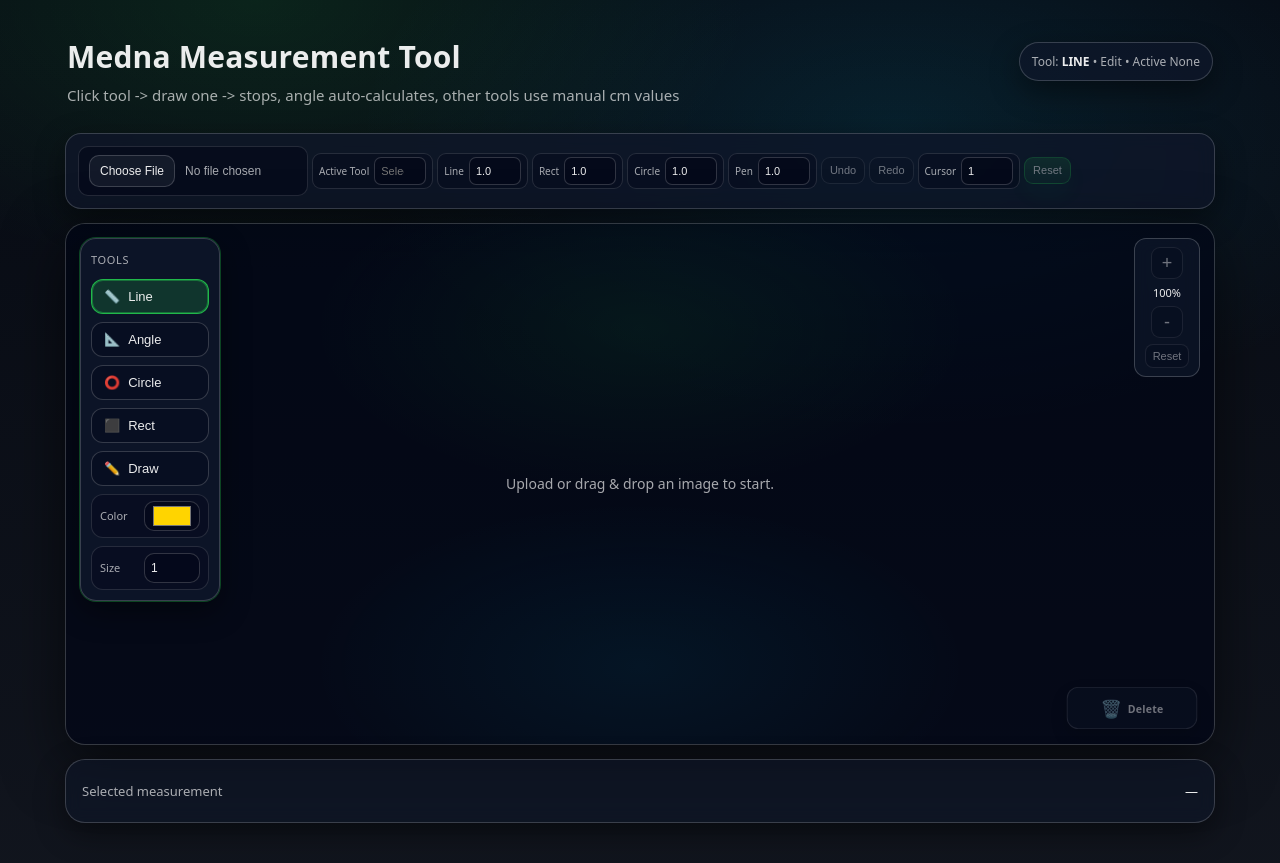
Repository: Sumaiya43/medna-tools
Page: /
The author's editor kept a copy of each file at every save. The page is drawn from the files as they stood at one save, then again after the next save.
The browser window is 1280 px wide. The pictures show the whole page.
The project was rebuilt for these pictures with package versions that can differ from the ones it lists, and the page was loaded fresh each time. The framework's server and built-in components were replaced by stand-ins that run in the browser. Also part of the build but not shown: next.config.mjs.

Above is the page before, as saved 2026-02-27 01:10:08.

### src/app/layout.js
import { Geist, Geist_Mono } from "next/font/google";
import "./globals.css";

const geistSans = Geist({
  variable: "--font-geist-sans",
  subsets: ["latin"],
});

const geistMono = Geist_Mono({
  variable: "--font-geist-mono",
  subsets: ["latin"],
});

export const metadata = {
  title: "Medna Medical Equipment",
  description:
    "Medna Medical Equipment is a leading provider of high-quality medical equipment and supplies. We offer a wide range of products to meet the needs of healthcare professionals and institutions. Our commitment to excellence and customer satisfaction sets us apart in the industry.",
};

export default function RootLayout({ children }) {
  return (
    <html lang="en">
      <body className={`${geistSans.variable} ${geistMono.variable}`}>
        {children}
      </body>
    </html>
  );
}

### src/app/globals.css
:root {
  --background: #ffffff;
  --foreground: #171717;
}

@media (prefers-color-scheme: dark) {
  :root {
    --background: #f2efef;
    --foreground: #090808;
  }
}

html,
body {
  max-width: 100vw;
  overflow-x: hidden;
}

body {
  color: var(--foreground);
  background: var(--background);
  font-family: Arial, Helvetica, sans-serif;
  -webkit-font-smoothing: antialiased;
  -moz-osx-font-smoothing: grayscale;
}

* {
  box-sizing: border-box;
  padding: 0;
  margin: 0;
}

a {
  color: inherit;
  text-decoration: none;
}

@media (prefers-color-scheme: dark) {
  html {
    color-scheme: dark;
  }
}

### src/components/measurement-tool/CanvasWorkspace/CanvasWorkspace.jsx
import ToolSidebar from "../ToolSidebar/ToolSidebar";
import styles from "./CanvasWorkspace.module.css";

export default function CanvasWorkspace({
  imgObj,
  railPinned,
  setRailExpanded,
  isDraggingFile,
  onDropFile,
  onDragOverFile,
  onDragEnterFile,
  onDragLeaveFile,
  toolSidebarProps,
  canvasRef,
  canvasCursor,
  onCanvasWheel,
  onCanvasClick,
  onCanvasMouseDown,
  onCanvasMouseMove,
  onCanvasMouseUp,
  onCanvasMouseLeave,
  zoom,
  onZoomIn,
  onZoomOut,
  onZoomReset,
  trashBinRef,
  isDraggingExistingShape,
  deleteHot,
}) {
  return (
    <div
      className={styles.canvasShell}
      onDrop={onDropFile}
      onDragOver={onDragOverFile}
      onDragEnter={onDragEnterFile}
      onDragLeave={onDragLeaveFile}
      onMouseLeave={() => {
        if (!railPinned) setRailExpanded(false);
      }}
    >
      <ToolSidebar {...toolSidebarProps} imgObj={imgObj} />

      <canvas
        ref={canvasRef}
        className={styles.canvas}
        style={{ cursor: canvasCursor }}
        onWheel={onCanvasWheel}
        onClick={onCanvasClick}
        onMouseDown={onCanvasMouseDown}
        onMouseMove={onCanvasMouseMove}
        onMouseUp={onCanvasMouseUp}
        onMouseLeave={onCanvasMouseLeave}
      />

      <div className={styles.zoomColumn}>
        <button className={styles.zoomBtn} onClick={onZoomIn} disabled={!imgObj}>
          +
        </button>
        <div className={styles.zoomValue}>{Math.round(zoom * 100)}%</div>
        <button className={styles.zoomBtn} onClick={onZoomOut} disabled={!imgObj}>
          -
        </button>
        <button
          className={styles.zoomResetBtn}
          onClick={onZoomReset}
          disabled={!imgObj}
        >
          Reset
        </button>
      </div>

      <div
        ref={trashBinRef}
        className={`${styles.trashBin} ${isDraggingExistingShape ? styles.trashBinActive : ""} ${deleteHot ? styles.trashBinHot : ""}`}
      >
        <span className={styles.trashIcon}>🗑️</span>
        <span className={styles.trashText}>
          {isDraggingExistingShape ? "Drop to Delete" : "Delete"}
        </span>
      </div>

      {isDraggingFile && <div className={styles.dropHint}>Drop image to load</div>}
      {!imgObj && (
        <div className={styles.empty}>Upload or drag & drop an image to start.</div>
      )}
    </div>
  );
}

### src/components/measurement-tool/MeasurementControlsBar/MeasurementControlsBar.jsx
import styles from "./MeasurementControlsBar.module.css";

export default function MeasurementControlsBar({
  imgObj,
  activeTypeName,
  activeItem,
  activeMeasurementValue,
  angleValue,
  manualCmByTool,
  canUndo,
  canRedo,
  cursorMarkerSize,
  onFileSelect,
  onUpdateActiveMeasurement,
  onManualToolValueChange,
  onUndo,
  onRedo,
  onCursorSizeChange,
  onReset,
}) {
  return (
    <div className={styles.measureBar}>
      <input
        className={styles.upload}
        type="file"
        accept="image/*"
        onChange={(e) => onFileSelect(e.target.files?.[0])}
      />

      <label className={styles.label}>
        Active {activeTypeName || "Tool"}
        {activeItem?.type === "angle" ? (
          <span className={styles.value}>{angleValue}</span>
        ) : (
          <input
            className={styles.smallInput}
            type="number"
            step="0.1"
            value={activeItem ? activeMeasurementValue : ""}
            placeholder="Select shape"
            onChange={(e) => onUpdateActiveMeasurement(e.target.value)}
            disabled={!imgObj || !activeItem}
          />
        )}
      </label>

      <label className={styles.label}>
        Line
        <input
          className={styles.smallInput}
          type="number"
          step="0.1"
          value={manualCmByTool.line}
          onChange={(e) => onManualToolValueChange("line", e.target.value)}
        />
      </label>

      <label className={styles.label}>
        Rect
        <input
          className={styles.smallInput}
          type="number"
          step="0.1"
          value={manualCmByTool.rect}
          onChange={(e) => onManualToolValueChange("rect", e.target.value)}
        />
      </label>

      <label className={styles.label}>
        Circle
        <input
          className={styles.smallInput}
          type="number"
          step="0.1"
          value={manualCmByTool.circle}
          onChange={(e) => onManualToolValueChange("circle", e.target.value)}
        />
      </label>

      <label className={styles.label}>
        Pen
        <input
          className={styles.smallInput}
          type="number"
          step="0.1"
          value={manualCmByTool.pen}
          onChange={(e) => onManualToolValueChange("pen", e.target.value)}
        />
      </label>

      <button className={styles.btnGhost} onClick={onUndo} disabled={!canUndo}>
        Undo
      </button>
      <button className={styles.btnGhost} onClick={onRedo} disabled={!canRedo}>
        Redo
      </button>

      <label className={styles.label}>
        Cursor
        <input
          className={styles.smallInput}
          type="number"
          min="1"
          max="8"
          step="1"
          value={cursorMarkerSize}
          onChange={(e) => onCursorSizeChange(Number(e.target.value))}
        />
      </label>

      <button className={styles.btnPrimary} onClick={onReset} disabled={!imgObj}>
        Reset
      </button>
    </div>
  );
}

### src/components/measurement-tool/MeasurementHeader/MeasurementHeader.jsx
import styles from "./MeasurementHeader.module.css";

export default function MeasurementHeader({ tool, armed, activeTypeName }) {
  return (
    <div className={styles.header}>
      <div>
        <h1 className={styles.title}>Medna Measurement Tool</h1>
        <p className={styles.subtitle}>
          Click tool -&gt; draw one -&gt; stops, angle auto-calculates, other
          tools use manual cm values
        </p>
      </div>

      <div className={styles.badge}>
        Tool: <b>{tool}</b> {armed ? "• Ready" : "• Edit"} • Active{" "}
        {activeTypeName || "None"}
      </div>
    </div>
  );
}

### src/components/measurement-tool/MeasurementSummary/MeasurementSummary.jsx
import styles from "./MeasurementSummary.module.css";

export default function MeasurementSummary({ selectedSummary }) {
  return (
    <div className={styles.panel}>
      <div className={styles.panelRow}>
        <span className={styles.key}>Selected measurement</span>
        <span className={styles.value}>{selectedSummary}</span>
      </div>
    </div>
  );
}

### src/components/measurement-tool/ToolSidebar/ToolSidebar.jsx
import styles from "./ToolSidebar.module.css";

export default function ToolSidebar({
  imgObj,
  railHidden,
  railExpanded,
  railPinned,
  tool,
  toolLabels,
  onToggleExpanded,
  onTogglePinned,
  onHide,
  onShow,
  onToolSelect,
  strokeColor,
  lineWidth,
  onStrokeColorChange,
  onLineWidthChange,
}) {
  if (railHidden) {
    return (
      <button className={styles.railShowBtn} onClick={onShow} title="Show tools">
        Tools
      </button>
    );
  }

  return (
    <aside
      className={`${styles.toolRailOverlay} ${railExpanded ? styles.toolRailExpanded : styles.toolRailCollapsed} ${railPinned ? styles.toolRailPinned : ""}`}
    >
      <div className={styles.railHeader}>
        <span className={styles.railTitle}>Tools</span>
        <div className={styles.railActions}>
          <button
            className={`${styles.railBtn} ${styles.railExpandBtn} ${railExpanded ? styles.railExpandOpen : ""}`}
            onClick={onToggleExpanded}
            title={railExpanded ? "Collapse" : "Expand"}
          >
            ➤
          </button>
          <button
            className={`${styles.railBtn} ${railPinned ? styles.railBtnActive : ""}`}
            onClick={onTogglePinned}
            title={railPinned ? "Unpin" : "Pin"}
          >
            📌
          </button>
          <button
            className={`${styles.railBtn} ${styles.railBtnDanger}`}
            onClick={onHide}
            title="Hide"
          >
            ✕
          </button>
        </div>
      </div>

      {Object.entries(toolLabels).map(([key, data]) => (
        <button
          key={key}
          className={`${styles.toolBtn} ${tool === key ? styles.toolBtnActive : ""}`}
          onClick={() => onToolSelect(key)}
        >
          <span>{data.icon}</span>
          {railExpanded && <span>{data.label}</span>}
        </button>
      ))}

      {railExpanded && (
        <>
          <label className={styles.label}>
            Color
            <input
              className={styles.smallInput}
              type="color"
              value={strokeColor}
              onChange={(e) => onStrokeColorChange(e.target.value)}
              disabled={!imgObj}
            />
          </label>

          <label className={styles.label}>
            Size
            <input
              className={styles.smallInput}
              type="number"
              min="1"
              max="20"
              value={lineWidth}
              onChange={(e) => onLineWidthChange(Number(e.target.value))}
              disabled={!imgObj}
            />
          </label>
        </>
      )}
    </aside>
  );
}

### src/components/measurement-tool/CanvasWorkspace/CanvasWorkspace.module.css
.canvasShell {
  max-width: 1150px;
  margin: 0 auto 14px;
  border-radius: 20px;
  overflow: hidden;
  border: 1px solid var(--stroke2);
  background: rgba(2, 6, 23, 0.35);
  box-shadow: var(--shadow);
  position: relative;
}

.canvas {
  width: 100%;
  height: 520px;
  display: block;
  cursor:
    url("data:[embedded picture, 352 characters]")
      14 14,
    crosshair;
  background: transparent;
}

.zoomColumn {
  position: absolute;
  top: 14px;
  right: 14px;
  z-index: 4;
  display: flex;
  flex-direction: column;
  align-items: center;
  gap: 6px;
  padding: 8px;
  border-radius: 12px;
  background: rgba(15, 23, 42, 0.7);
  border: 1px solid rgba(255, 255, 255, 0.2);
  backdrop-filter: blur(8px);
}

.zoomBtn,
.zoomResetBtn {
  border: 1px solid var(--stroke2);
  background: rgba(2, 6, 23, 0.55);
  color: var(--text);
  cursor: pointer;
}

.zoomBtn {
  width: 32px;
  height: 32px;
  border-radius: 9px;
  font-size: 18px;
  line-height: 1;
}

.zoomResetBtn {
  border-radius: 8px;
  padding: 5px 7px;
  font-size: 11px;
}

.zoomValue {
  min-width: 48px;
  text-align: center;
  font-size: 11px;
  color: var(--text);
}

.zoomBtn:disabled,
.zoomResetBtn:disabled {
  opacity: 0.45;
  cursor: not-allowed;
}

.dropHint {
  position: absolute;
  inset: 0;
  display: grid;
  place-items: center;
  background: rgba(7, 11, 20, 0.58);
  border: 2px dashed rgba(255, 255, 255, 0.35);
  color: rgba(255, 255, 255, 0.95);
  font-size: 16px;
  font-weight: 600;
  letter-spacing: 0.02em;
}

.empty {
  position: absolute;
  inset: 0;
  display: grid;
  place-items: center;
  text-align: center;
  color: var(--muted);
  font-size: 14px;
  padding: 18px;
  background:
    radial-gradient(
      600px 300px at 50% 20%,
      rgba(43, 255, 90, 0.06),
      transparent 55%
    ),
    radial-gradient(
      600px 300px at 50% 85%,
      rgba(0, 209, 255, 0.06),
      transparent 55%
    ),
    rgba(2, 6, 23, 0.45);
}

.trashBin {
  position: absolute;
  right: 14px;
  bottom: 14px;
  transform: scale(0.96);
  min-width: 136px;
  height: 44px;
  padding: 0 12px;
  border-radius: 12px;
  border: 1px solid rgba(255, 255, 255, 0.18);
  background: rgba(15, 23, 42, 0.62);
  box-shadow: 0 8px 18px rgba(0, 0, 0, 0.28);
  color: rgba(255, 255, 255, 0.82);
  display: flex;
  align-items: center;
  justify-content: center;
  gap: 6px;
  pointer-events: none;
  opacity: 0.52;
  transition:
    transform 0.16s ease,
    opacity 0.16s ease,
    border-color 0.16s ease,
    background 0.16s ease;
  z-index: 3;
}

.trashBinActive {
  opacity: 0.86;
  transform: scale(1);
  border-color: rgba(239, 68, 68, 0.45);
  animation: trashPulse 1.4s ease-in-out infinite;
}

.trashBinHot {
  background: rgba(239, 68, 68, 0.78);
  border-color: rgba(255, 255, 255, 0.72);
  box-shadow: 0 12px 26px rgba(239, 68, 68, 0.24);
}

.trashIcon {
  font-size: 18px;
  line-height: 1;
}

.trashBinActive .trashIcon {
  animation: trashWiggle 0.55s ease-in-out infinite;
}

.trashText {
  font-size: 11px;
  font-weight: 600;
  letter-spacing: 0.02em;
}

@keyframes trashPulse {
  0% {
    box-shadow: 0 8px 18px rgba(0, 0, 0, 0.28);
  }
  50% {
    box-shadow: 0 10px 22px rgba(239, 68, 68, 0.2);
  }
  100% {
    box-shadow: 0 8px 18px rgba(0, 0, 0, 0.28);
  }
}

@keyframes trashWiggle {
  0% {
    transform: rotate(0deg);
  }
  25% {
    transform: rotate(-10deg);
  }
  50% {
    transform: rotate(10deg);
  }
  75% {
    transform: rotate(-8deg);
  }
  100% {
    transform: rotate(0deg);
  }
}

@media (max-width: 820px) {
  .canvas {
    height: 430px;
  }
}

### src/components/measurement-tool/MeasurementControlsBar/MeasurementControlsBar.module.css
.measureBar {
  max-width: 1150px;
  margin: 0 auto 14px;
  display: grid;
  grid-auto-flow: column;
  grid-auto-columns: max-content;
  gap: 4px;
  align-items: center;
  padding: 12px;
  border-radius: 16px;
  background: rgba(15, 23, 42, 0.78);
  border: 1px solid var(--stroke2);
  box-shadow: var(--shadow2);
  backdrop-filter: blur(8px);
  overflow-x: auto;
  overflow-y: hidden;
  white-space: nowrap;
}

.upload {
  max-width: 230px;
  color: var(--muted);
  font-size: 12px;
  padding: 8px 10px;
  border-radius: 10px;
  background: rgba(2, 6, 23, 0.55);
  border: 1px solid var(--stroke);
  outline: none;
}

.upload::file-selector-button {
  border: 1px solid var(--stroke2);
  background: rgba(255, 255, 255, 0.06);
  color: var(--text);
  padding: 8px 10px;
  border-radius: 10px;
  margin-right: 10px;
  cursor: pointer;
  transition:
    transform 0.12s ease,
    background 0.12s ease,
    border-color 0.12s ease;
}

.upload::file-selector-button:hover {
  background: rgba(255, 255, 255, 0.1);
  border-color: rgba(255, 255, 255, 0.25);
  transform: translateY(-1px);
}

.btnPrimary,
.btnGhost {
  border-radius: 9px;
  padding: 7px 8px;
  font-size: 11px;
  cursor: pointer;
  user-select: none;
  transition:
    transform 0.12s ease,
    background 0.12s ease,
    border-color 0.12s ease,
    box-shadow 0.12s ease;
  display: inline-flex;
  align-items: center;
  gap: 5px;
  line-height: 1;
  white-space: nowrap;
}

.btnPrimary {
  border: 1px solid rgba(43, 255, 90, 0.35);
  background: linear-gradient(
    180deg,
    rgba(43, 255, 90, 0.2),
    rgba(43, 255, 90, 0.1)
  );
  color: var(--text);
  box-shadow: 0 10px 28px rgba(43, 255, 90, 0.1);
}

.btnPrimary:hover {
  transform: translateY(-1px);
  border-color: rgba(43, 255, 90, 0.55);
  box-shadow: 0 14px 34px rgba(43, 255, 90, 0.16);
}

.btnGhost {
  border: 1px solid var(--stroke2);
  background: rgba(2, 6, 23, 0.35);
  color: var(--text);
}

.btnGhost:hover {
  transform: translateY(-1px);
  background: rgba(255, 255, 255, 0.06);
  border-color: rgba(255, 255, 255, 0.28);
}

.btnPrimary:disabled,
.btnGhost:disabled {
  opacity: 0.45;
  cursor: not-allowed;
  transform: none;
}

.label {
  display: inline-flex;
  align-items: center;
  gap: 5px;
  font-size: 10px;
  color: var(--muted);
  padding: 3px 6px;
  border-radius: 9px;
  background: rgba(2, 6, 23, 0.32);
  border: 1px solid var(--stroke);
  white-space: nowrap;
}

.value {
  color: var(--text);
  font-size: 13px;
}

.smallInput {
  height: 28px;
  width: 52px;
  padding: 0 6px;
  border-radius: 7px;
  border: 1px solid var(--stroke2);
  background: rgba(2, 6, 23, 0.55);
  color: var(--text);
  outline: none;
  font-size: 11px;
}

.smallInput:focus {
  border-color: rgba(43, 255, 90, 0.45);
  box-shadow: 0 0 0 4px rgba(43, 255, 90, 0.08);
}

### src/components/measurement-tool/MeasurementHeader/MeasurementHeader.module.css
.header {
  max-width: 1150px;
  margin: 0 auto 18px;
  display: flex;
  align-items: flex-start;
  justify-content: space-between;
  gap: 12px;
  padding: 8px 2px;
}

.title {
  margin: 0;
  font-size: 30px;
  font-weight: 700;
  letter-spacing: 0.2px;
}

.subtitle {
  margin: 8px 0 0;
  font-size: 15px;
  color: var(--muted);
  line-height: 1.45;
}

.badge {
  padding: 10px 12px;
  margin-top: 6px;
  border-radius: 999px;
  background: rgba(15, 23, 42, 0.72);
  border: 1px solid var(--stroke2);
  box-shadow: var(--shadow2);
  font-size: 12px;
  color: var(--muted);
  white-space: nowrap;
}

.badge b {
  color: var(--text);
}

@media (max-width: 820px) {
  .badge {
    display: none;
  }
}

### src/components/measurement-tool/MeasurementSummary/MeasurementSummary.module.css
.panel {
  max-width: 1150px;
  margin: 0 auto;
  padding: 14px;
  border-radius: 20px;
  background: rgba(15, 23, 42, 0.58);
  border: 1px solid var(--stroke2);
  box-shadow: var(--shadow2);
  backdrop-filter: blur(8px);
}

.panelRow {
  display: flex;
  justify-content: space-between;
  gap: 12px;
  padding: 8px 2px;
}

.key {
  color: var(--muted);
  font-size: 13px;
}

.value {
  color: var(--text);
  font-size: 13px;
}

### src/components/measurement-tool/ToolSidebar/ToolSidebar.module.css
.toolRailOverlay {
  position: absolute;
  left: 14px;
  top: 14px;
  z-index: 4;
  border-radius: 16px;
  background: rgba(15, 23, 42, 0.86);
  border: 1px solid var(--stroke2);
  box-shadow: var(--shadow2);
  backdrop-filter: blur(8px);
  padding: 10px;
  display: flex;
  flex-direction: column;
  gap: 8px;
  transition: width 0.18s ease;
}

.toolRailExpanded {
  width: 140px;
}

.toolRailCollapsed {
  width: 66px;
}

.toolRailCollapsed .toolBtn {
  justify-content: center;
  padding-left: 0;
  padding-right: 0;
}

.toolRailPinned {
  box-shadow:
    0 0 0 1px rgba(43, 255, 90, 0.25),
    var(--shadow2);
}

.railHeader {
  display: flex;
  align-items: center;
  justify-content: space-between;
  gap: 8px;
}

.railTitle {
  font-size: 11px;
  color: var(--muted);
  text-transform: uppercase;
  letter-spacing: 0.06em;
}

.railActions {
  display: flex;
  gap: 4px;
  opacity: 0;
  transform: translateY(-3px);
  pointer-events: none;
  transition:
    opacity 0.14s ease,
    transform 0.14s ease;
}

.toolRailOverlay:hover .railActions,
.toolRailOverlay:focus-within .railActions {
  opacity: 1;
  transform: translateY(0);
  pointer-events: auto;
}

.railBtn {
  width: 22px;
  height: 22px;
  border-radius: 8px;
  border: 1px solid var(--stroke2);
  background: rgba(2, 6, 23, 0.55);
  color: var(--text);
  font-size: 11px;
  cursor: pointer;
}

.railBtnActive {
  border-color: rgba(43, 255, 90, 0.6);
  background: rgba(43, 255, 90, 0.14);
}

.railBtnDanger {
  border-color: rgba(239, 68, 68, 0.6);
  background: rgba(127, 29, 29, 0.45);
  color: rgba(255, 226, 226, 0.98);
}

.railBtnDanger:hover {
  background: rgba(239, 68, 68, 0.24);
  border-color: rgba(248, 113, 113, 0.9);
}

.railExpandBtn {
  transition: transform 0.16s ease;
}

.railExpandOpen {
  transform: rotate(90deg);
}

.railShowBtn {
  position: absolute;
  top: 14px;
  left: 14px;
  z-index: 4;
  border-radius: 10px;
  border: 1px solid var(--stroke2);
  background: rgba(15, 23, 42, 0.84);
  color: var(--text);
  font-size: 12px;
  padding: 8px 10px;
  cursor: pointer;
}

.toolBtn {
  width: 100%;
  justify-content: flex-start;
  border: 1px solid var(--stroke2);
  background: rgba(2, 6, 23, 0.35);
  color: var(--text);
  border-radius: 12px;
  padding: 10px 12px;
  font-size: 13px;
  cursor: pointer;
  user-select: none;
  transition:
    transform 0.12s ease,
    background 0.12s ease,
    border-color 0.12s ease;
  display: inline-flex;
  align-items: center;
  gap: 8px;
  line-height: 1;
  white-space: nowrap;
}

.toolBtn:hover {
  transform: translateY(-1px);
  background: rgba(255, 255, 255, 0.06);
  border-color: rgba(255, 255, 255, 0.28);
}

.toolBtnActive {
  border-color: rgba(43, 255, 90, 0.65);
  background: rgba(43, 255, 90, 0.14);
  box-shadow: inset 0 0 0 1px rgba(43, 255, 90, 0.3);
}

.label {
  width: 100%;
  justify-content: space-between;
  font-size: 11px;
  gap: 6px;
  padding: 6px 8px;
  display: inline-flex;
  align-items: center;
  color: var(--muted);
  border-radius: 12px;
  background: rgba(2, 6, 23, 0.32);
  border: 1px solid var(--stroke);
}

.smallInput {
  min-width: 56px;
  width: 56px;
  height: 30px;
  padding: 0 6px;
  font-size: 12px;
  border-radius: 10px;
  border: 1px solid var(--stroke2);
  background: rgba(2, 6, 23, 0.55);
  color: var(--text);
  outline: none;
}

.smallInput:focus {
  border-color: rgba(43, 255, 90, 0.45);
  box-shadow: 0 0 0 4px rgba(43, 255, 90, 0.08);
}

@media (max-width: 820px) {
  .toolRailOverlay {
    left: 10px;
    top: 10px;
  }

  .toolRailExpanded {
    width: 140px;
  }
}

Loaded but not shown: src/app/page.js (1065 lines, source omitted); src/app/page.module.css (698 lines, source omitted)

After the next save:
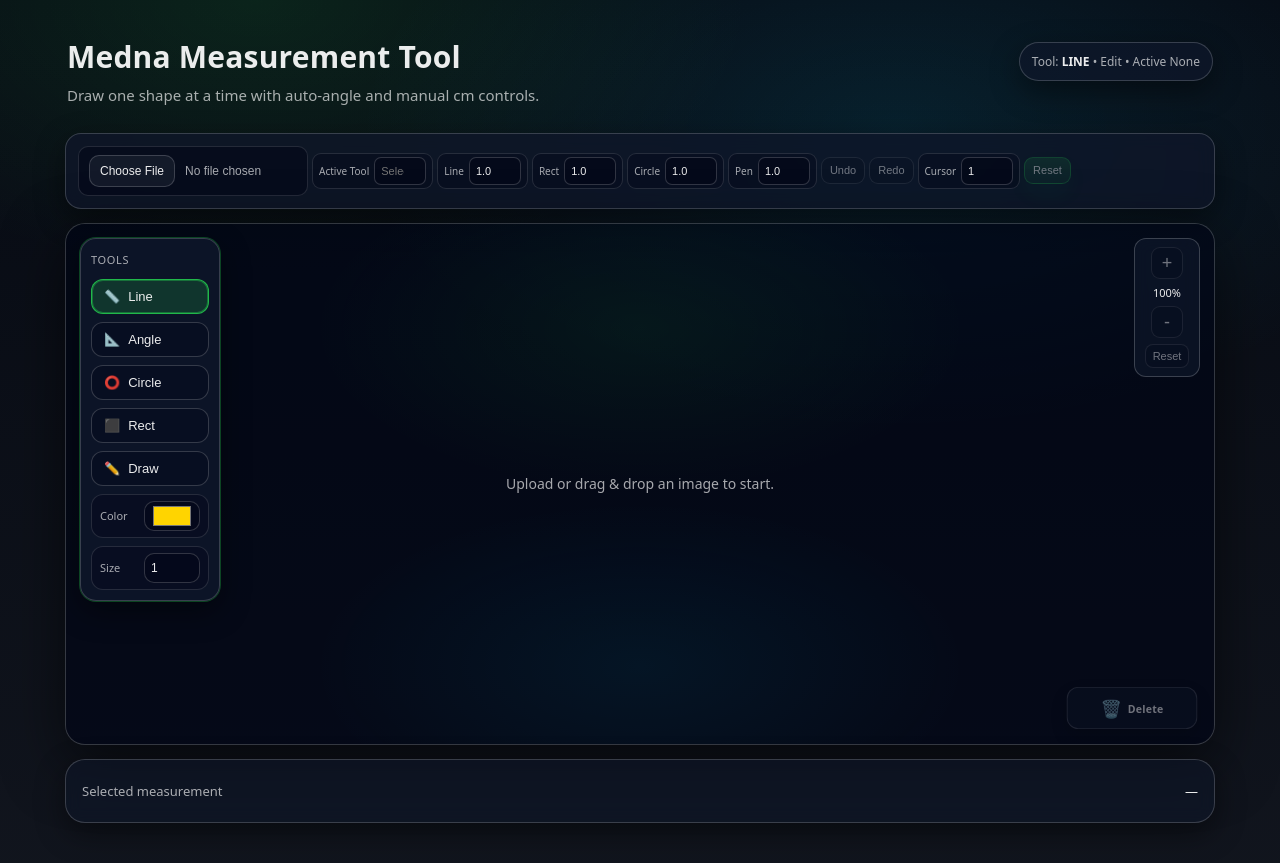
Saved 64 s later.
--- a/src/components/measurement-tool/MeasurementHeader/MeasurementHeader.jsx
+++ b/src/components/measurement-tool/MeasurementHeader/MeasurementHeader.jsx
@@ -6,8 +6,7 @@ export default function MeasurementHeader({ tool, armed, activeTypeName }) {
       <div>
         <h1 className={styles.title}>Medna Measurement Tool</h1>
         <p className={styles.subtitle}>
-          Click tool -&gt; draw one -&gt; stops, angle auto-calculates, other
-          tools use manual cm values
+          Draw one shape at a time with auto-angle and manual cm controls.
         </p>
       </div>
 
